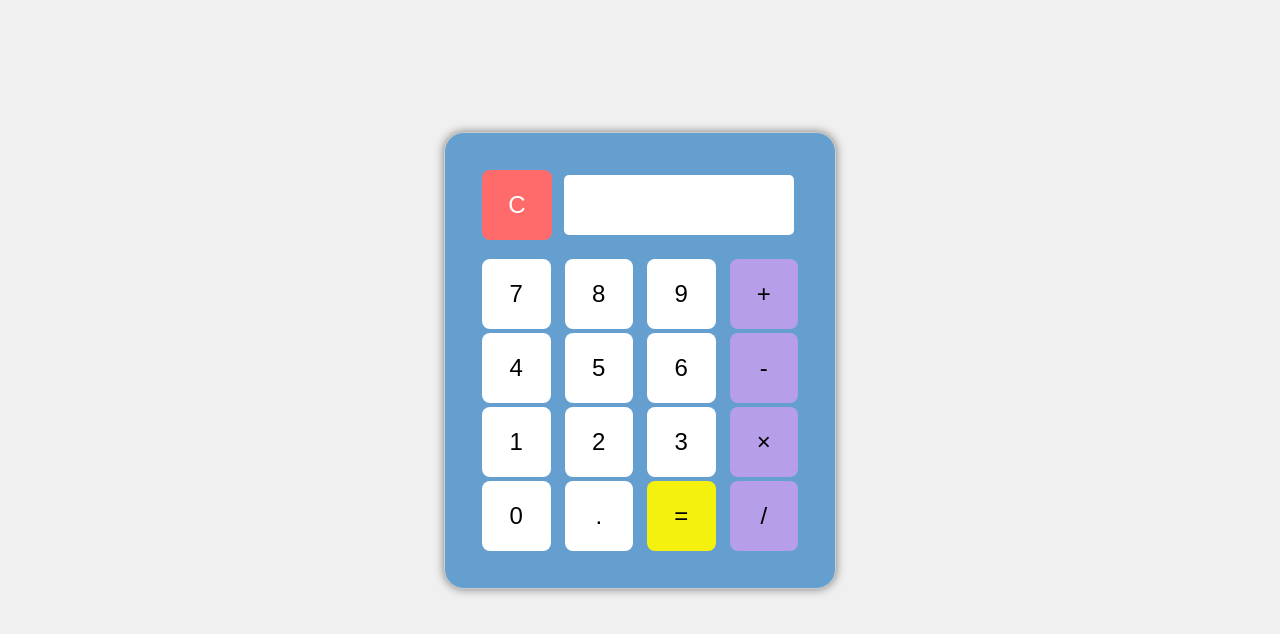
Repository: Burnmyheart/calculator
Page: index.html
The author's editor kept a copy of each file at every save. The page is drawn from the files as they stood at one save, then again after the next save.
The browser window is 1280 px wide. The pictures show the whole page.
The pointer rests on the first visible `.clear`.

Above is the page before, as saved 2025-04-28 23:15:00.

After the next save:
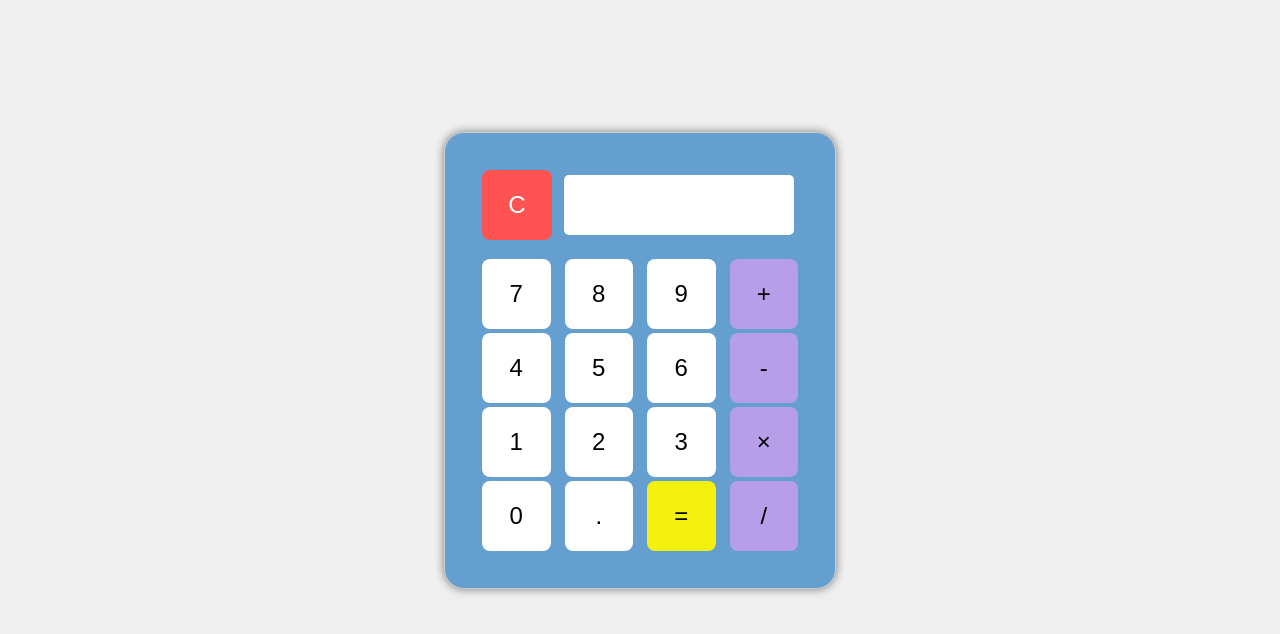
Saved 14 s later.
--- a/style.css
+++ b/style.css
@@ -56,7 +56,9 @@
   background-color: #ff6b6b;
   color: white;
 }
-
+.clear:hover {
+  background-color: #ff5252;
+}
 .calculate {
   background-color: #f5f10f;
 }
